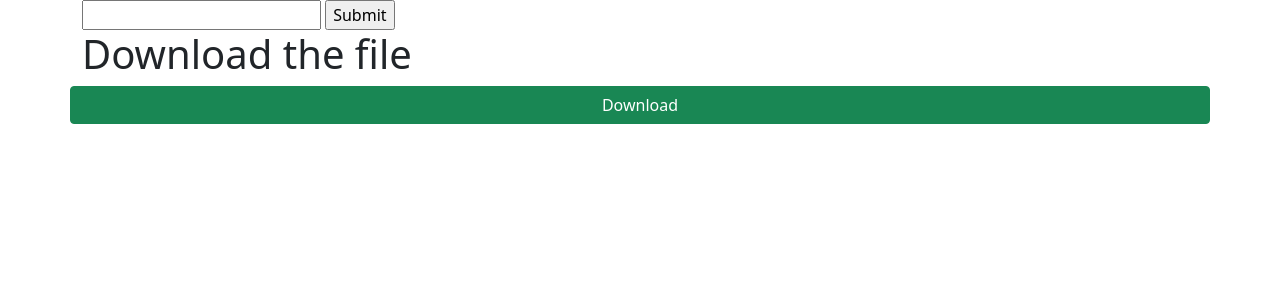
Repository: hselbie/courserator
Page: http://localhost/
The author's editor kept a copy of each file at every save. The page is drawn from the files as they stood at one save, then again after the next save.
The browser window is 1280 px wide. The pictures show the whole page.
The page is served by the project's application, run on Flask 3 (app.py).

Above is the page before, as saved 2023-08-16 22:27:20.

### templates/index.html

<!doctype html>
<html lang="en">
  <head>
    <!-- Required meta tags -->
    <meta charset="utf-8">
    <meta name="viewport" content="width=device-width, initial-scale=1">

    <!-- Bootstrap CSS -->
    <link href="https://cdn.jsdelivr.net/npm/bootstrap@5.0.2/dist/css/bootstrap.min.css" rel="stylesheet" integrity="sha384-EVSTQN3/azprG1Anm3QDgpJLIm9Nao0Yz1ztcQTwFspd3yD65VohhpuuCOmLASjC" crossorigin="anonymous">

    <title>Download Flask!</title>
  </head>
  <body>
    <div class="container">
        <div class="row">
          <form method="POST">
            <input name="text">
            <input type="submit">
          </form>
            <h1>Download the file</h1>
            <a class="btn btn-success" href="{{url_for('download')}}">Download</a>
        </div>
    </div>
    <script src="https://cdn.jsdelivr.net/npm/bootstrap@5.0.2/dist/js/bootstrap.bundle.min.js" integrity="sha384-MrcW6ZMFYlzcLA8Nl+NtUVF0sA7MsXsP1UyJoMp4YLEuNSfAP+JcXn/tWtIaxVXM" crossorigin="anonymous"></script>
    </body>
</html>

### app.py
from flask import Flask, send_file, url_for, request, jsonify, render_template

app = Flask(__name__)


@app.route('/')
def index():
    return render_template('index.html')


@app.route('/', methods=['POST'])
def my_form_post():
    text = request.form['text']
    processed_text = text.upper()
    return processed_text

@app.route('/download')
def download():
    path = 'output/lower_wilder.kml'
    return send_file(path, as_attachment=True)

if __name__ == '__main__':
    app.run(debug=True, port=8000, host='127.0.0.1')

After the next save:
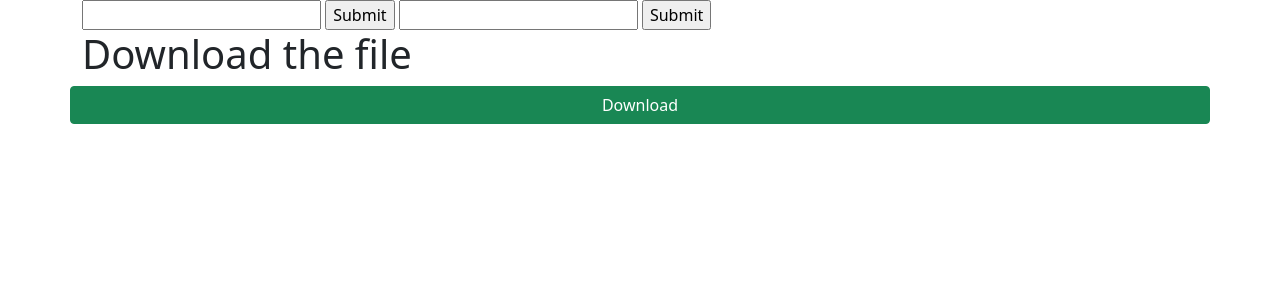
Saved 3 min 58 s later.
--- a/templates/index.html
+++ b/templates/index.html
@@ -17,6 +17,8 @@
           <form method="POST">
             <input name="text">
             <input type="submit">
+            <input name="text">
+            <input type="submit">
           </form>
             <h1>Download the file</h1>
             <a class="btn btn-success" href="{{url_for('download')}}">Download</a>
